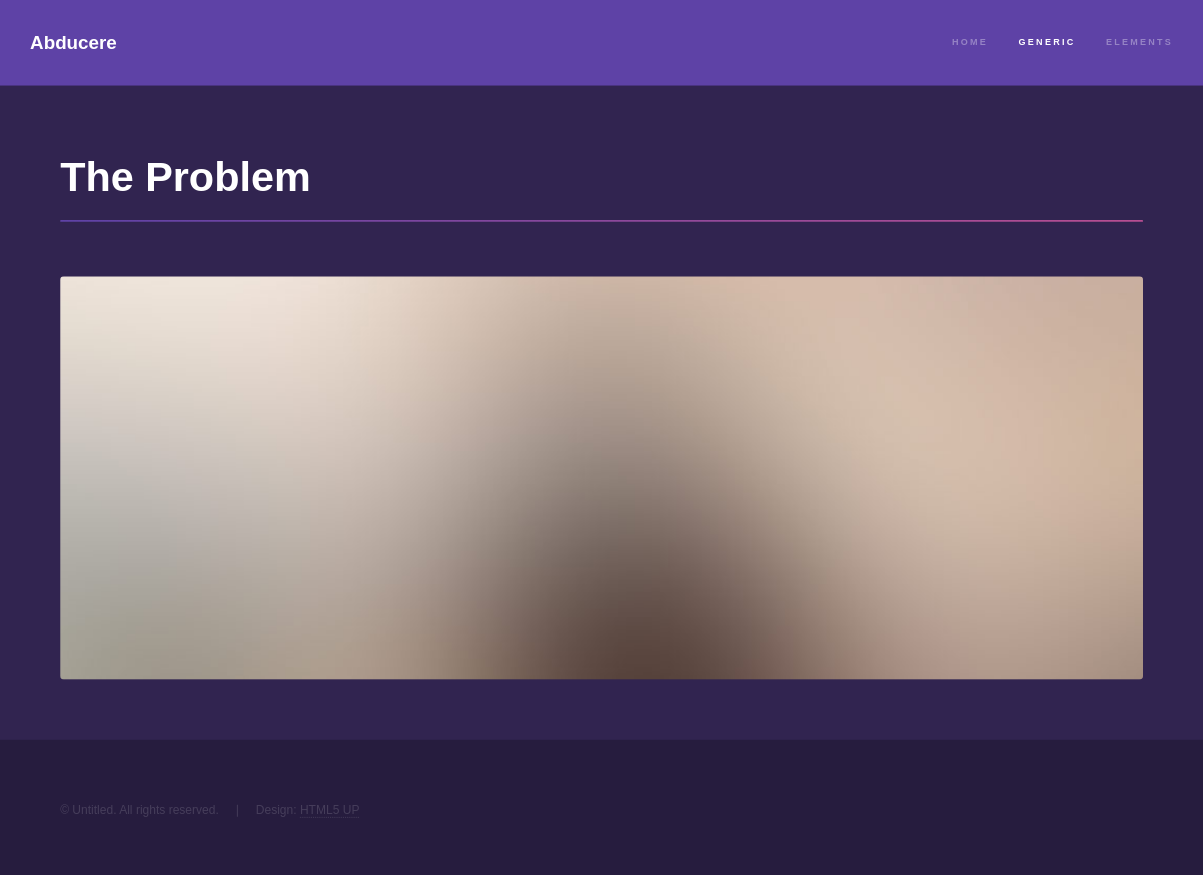
Repository: nocnoc94/nocnoc94.github.io
Page: the-problem.html
An editor plug-in stored every save of this project. The page is shown before and after a run of saves, followed by the edit.
The browser window is 1280 px wide. The pictures show the whole page, at 94% of full size.

Above is the page before, as saved 2024-02-21 23:10:46.

### the-problem.html
<!DOCTYPE HTML>
<!--
	Hyperspace by HTML5 UP
	html5up.net | @ajlkn
	Free for personal and commercial use under the CCA 3.0 license (html5up.net/license)
-->
<html>
	<head>
		<title>Abducere - The Problem</title>
		<meta charset="utf-8" />
		<meta name="viewport" content="width=device-width, initial-scale=1, user-scalable=no" />
		<link rel="stylesheet" href="/static/css/main.css" />
		<noscript><link rel="stylesheet" href="/static/css/noscript.css" /></noscript>
	</head>
	<body class="is-preload">

		<!-- Header -->
			<header id="header">
				<a href="index.html" class="title">Abducere</a>
				<nav>
					<ul>
						<li><a href="index.html">Home</a></li>
						<li><a href="generic.html" class="active">Generic</a></li>
						<li><a href="elements.html">Elements</a></li>
					</ul>
				</nav>
			</header>

		<!-- Wrapper -->
			<div id="wrapper">

				<!-- Main -->
					<section id="main" class="wrapper">
						<div class="inner">
							<h1 class="major">The Problem</h1>
							<span class="image fit"><img src="/static/images/pic04.jpg" alt="" /></span>
							<p></p>
							<p></p>
							<p></p>
							<p></p>
							<p></p>
							<p></p>
						</div>
					</section>

			</div>

		<!-- Footer -->
			<footer id="footer" class="wrapper alt">
				<div class="inner">
					<ul class="menu">
						<li>&copy; Untitled. All rights reserved.</li><li>Design: <a href="http://html5up.net">HTML5 UP</a></li>
					</ul>
				</div>
			</footer>

		<!-- Scripts -->
			<script src="/static/js/jquery.min.js"></script>
			<script src="/static/js/jquery.scrollex.min.js"></script>
			<script src="/static/js/jquery.scrolly.min.js"></script>
			<script src="/static/js/browser.min.js"></script>
			<script src="/static/js/breakpoints.min.js"></script>
			<script src="/static/js/util.js"></script>
			<script src="/static/js/main.js"></script>

	</body>
</html>

Loaded but not shown: static/js/jquery.min.js (library); static/js/jquery.scrollex.min.js (common file); static/css/fontawesome-all.min.css (library); static/js/jquery.scrolly.min.js (common file); static/js/browser.min.js (common file); static/js/breakpoints.min.js (common file); static/js/util.js (587 lines, source omitted); static/js/main.js (190 lines, source omitted); static/css/main.css (3909 lines, source omitted)

After the next 3 saves:
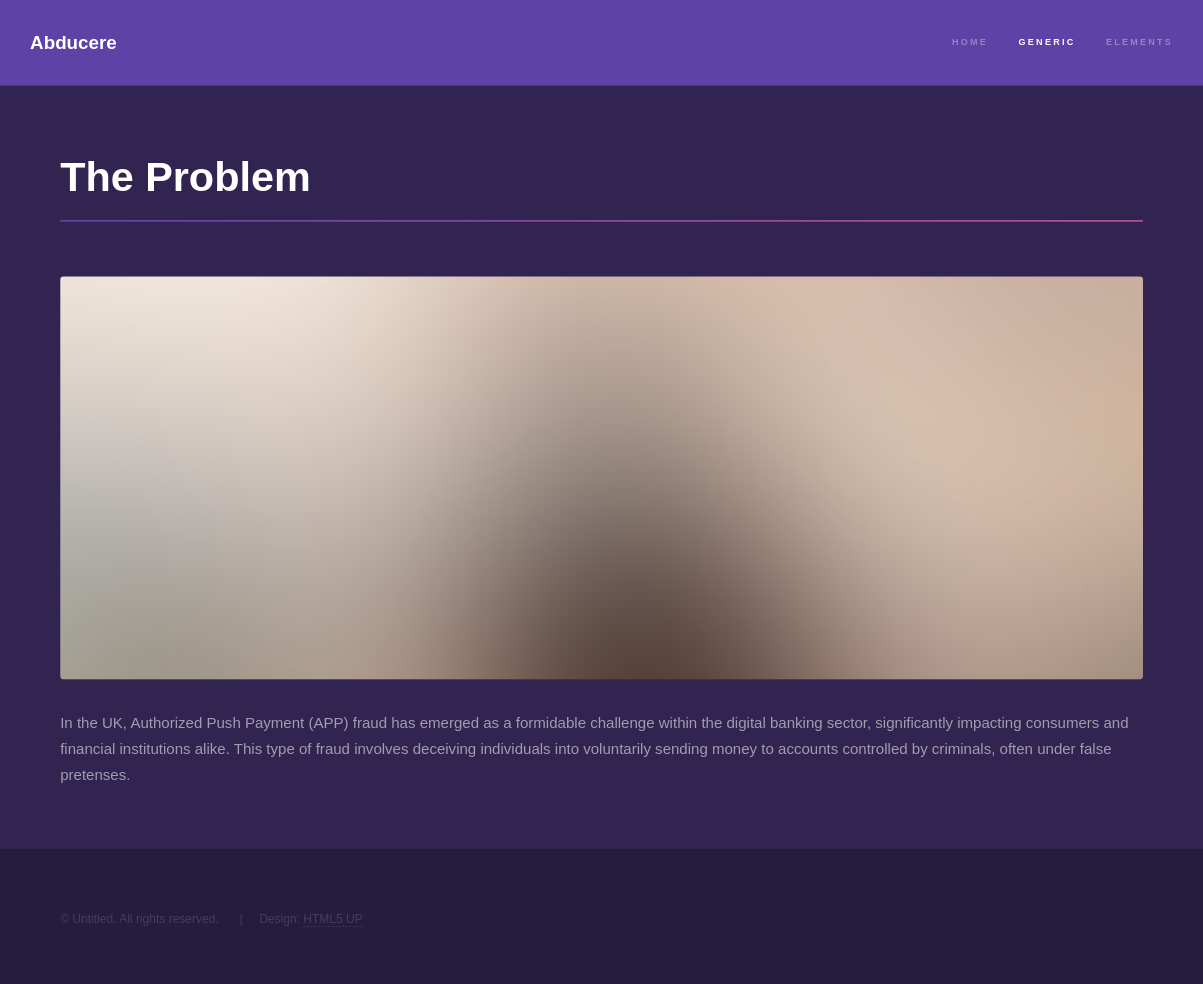
The 3 saves are shown as one change because they came seconds apart.
The last was saved 12 s later.
--- a/the-problem.html
+++ b/the-problem.html
@@ -5,63 +5,73 @@
 	Free for personal and commercial use under the CCA 3.0 license (html5up.net/license)
 -->
 <html>
-	<head>
-		<title>Abducere - The Problem</title>
-		<meta charset="utf-8" />
-		<meta name="viewport" content="width=device-width, initial-scale=1, user-scalable=no" />
-		<link rel="stylesheet" href="/static/css/main.css" />
-		<noscript><link rel="stylesheet" href="/static/css/noscript.css" /></noscript>
-	</head>
-	<body class="is-preload">
 
-		<!-- Header -->
-			<header id="header">
-				<a href="index.html" class="title">Abducere</a>
-				<nav>
-					<ul>
-						<li><a href="index.html">Home</a></li>
-						<li><a href="generic.html" class="active">Generic</a></li>
-						<li><a href="elements.html">Elements</a></li>
-					</ul>
-				</nav>
-			</header>
+<head>
+	<title>Abducere - The Problem</title>
+	<meta charset="utf-8" />
+	<meta name="viewport" content="width=device-width, initial-scale=1, user-scalable=no" />
+	<link rel="stylesheet" href="/static/css/main.css" />
+	<noscript>
+		<link rel="stylesheet" href="/static/css/noscript.css" />
+	</noscript>
+</head>
 
-		<!-- Wrapper -->
-			<div id="wrapper">
+<body class="is-preload">
 
-				<!-- Main -->
-					<section id="main" class="wrapper">
-						<div class="inner">
-							<h1 class="major">The Problem</h1>
-							<span class="image fit"><img src="/static/images/pic04.jpg" alt="" /></span>
-							<p></p>
-							<p></p>
-							<p></p>
-							<p></p>
-							<p></p>
-							<p></p>
-						</div>
-					</section>
+	<!-- Header -->
+	<header id="header">
+		<a href="index.html" class="title">Abducere</a>
+		<nav>
+			<ul>
+				<li><a href="index.html">Home</a></li>
+				<li><a href="generic.html" class="active">Generic</a></li>
+				<li><a href="elements.html">Elements</a></li>
+			</ul>
+		</nav>
+	</header>
 
+	<!-- Wrapper -->
+	<div id="wrapper">
+
+		<!-- Main -->
+		<section id="main" class="wrapper">
+			<div class="inner">
+				<h1 class="major">The Problem</h1>
+				<span class="image fit"><img src="/static/images/pic04.jpg" alt="" /></span>
+				<p>In the UK, Authorized Push Payment (APP) fraud has emerged as a formidable challenge within the
+					digital banking sector, significantly impacting consumers and financial institutions alike. This
+					type of fraud involves deceiving individuals into voluntarily sending money to accounts controlled
+					by criminals, often under false pretenses.
+				</p>
+				<p></p>
+				<p></p>
+				<p></p>
+				<p></p>
+				<p></p>
 			</div>
+		</section>
 
-		<!-- Footer -->
-			<footer id="footer" class="wrapper alt">
-				<div class="inner">
-					<ul class="menu">
-						<li>&copy; Untitled. All rights reserved.</li><li>Design: <a href="http://html5up.net">HTML5 UP</a></li>
-					</ul>
-				</div>
-			</footer>
+	</div>
 
-		<!-- Scripts -->
-			<script src="/static/js/jquery.min.js"></script>
-			<script src="/static/js/jquery.scrollex.min.js"></script>
-			<script src="/static/js/jquery.scrolly.min.js"></script>
-			<script src="/static/js/browser.min.js"></script>
-			<script src="/static/js/breakpoints.min.js"></script>
-			<script src="/static/js/util.js"></script>
-			<script src="/static/js/main.js"></script>
+	<!-- Footer -->
+	<footer id="footer" class="wrapper alt">
+		<div class="inner">
+			<ul class="menu">
+				<li>&copy; Untitled. All rights reserved.</li>
+				<li>Design: <a href="http://html5up.net">HTML5 UP</a></li>
+			</ul>
+		</div>
+	</footer>
 
-	</body>
+	<!-- Scripts -->
+	<script src="/static/js/jquery.min.js"></script>
+	<script src="/static/js/jquery.scrollex.min.js"></script>
+	<script src="/static/js/jquery.scrolly.min.js"></script>
+	<script src="/static/js/browser.min.js"></script>
+	<script src="/static/js/breakpoints.min.js"></script>
+	<script src="/static/js/util.js"></script>
+	<script src="/static/js/main.js"></script>
+
+</body>
+
 </html>
